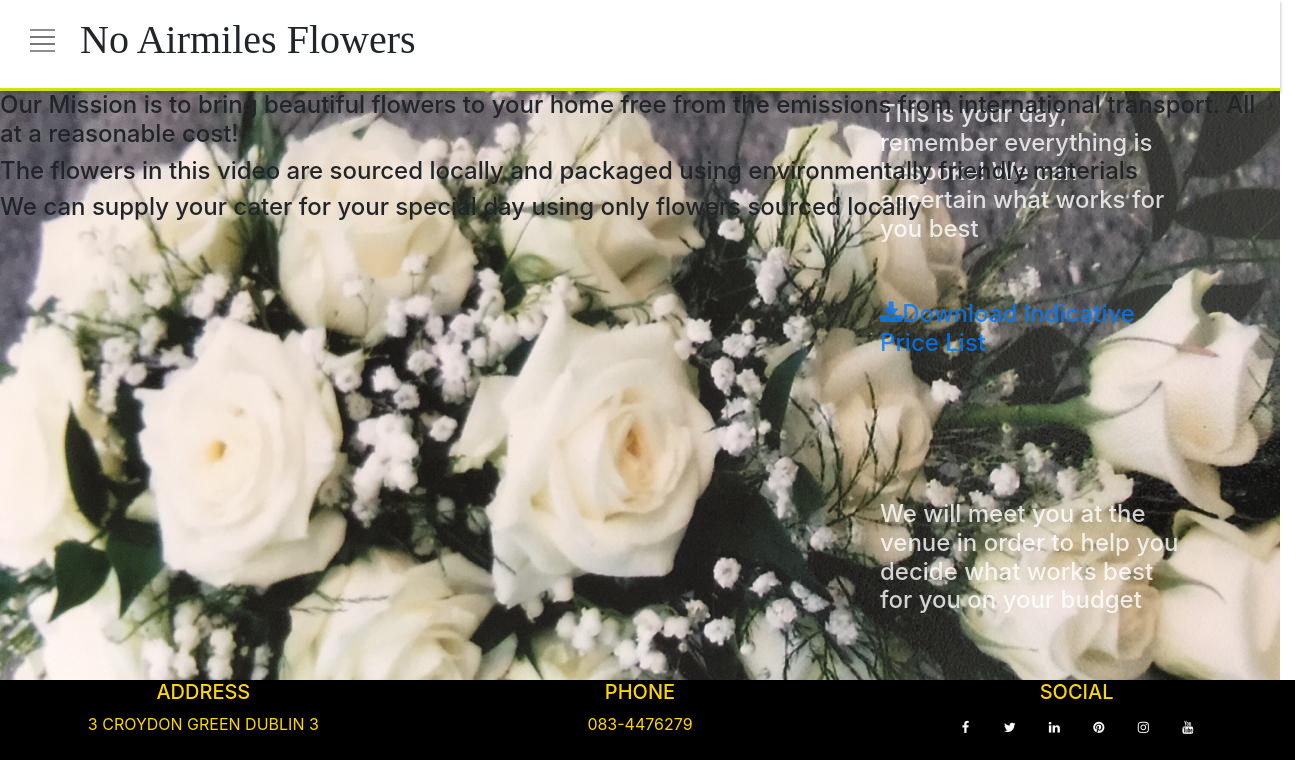
Repository: ConorTC1990/Flowers
Page: weddings.html
The author's editor kept a record of every edit. The page is drawn from the files as they stood at one moment, then again after the next edit.
The browser window is 1280 px wide. The page is 1295 px wide, so the pictures cover 1295 px, including what lies to the right of the window. The pictures show the whole page.
Some web libraries are served in a nearby version.

Above is the page before.

### weddings.html
<!DOCTYPE html>
<html lang="en">

<head>
    <meta charset="UTF-8">
    <meta name="viewport" content="width=device-width, initial-scale=1.0">
    <meta http-equiv="X-UA-Compatible" content="ie=edge">
    <link rel="stylesheet" href="https://maxcdn.bootstrapcdn.com/bootstrap/4.2.1/css/bootstrap.min.css" type="text/css" />
    <link rel="stylesheet" href="https://maxcdn.bootstrapcdn.com/font-awesome/4.7.0/css/font-awesome.min.css" type="text/css" />
    <link rel="stylesheet" href="https://cdnjs.cloudflare.com/ajax/libs/hover.css/2.1.1/css/hover-min.css" type="text/css" />
    <link rel="stylesheet" href="assets/css/style.css">
    <title>No Airmiles Flowers</title>
</head>
<body>
<div class="collapsible-menu">
            <input type="checkbox" id="menu">
            <label for="menu">No Airmiles Flowers</label>
            <div class="menu-content">
                <ul>
                    <li><a href="index.html">Home</a></li>
                    <li><a href="weddings.html">Weddings</a></li>
                    <li><a href="wreaths.html">Wreaths and Funerals</a></li>
                    <li><a href="contactform.html">Contact</a></li>

                </ul>
            </div>
        </div>


   <div class="WeddingsBackground">
         <h4 class="callout">
            This is your day, remember everything is bespoke! We can ascertain what works for you best
        </h4>
    <h4 class="callout2">
            We will meet you at the venue in order to help you decide what works best for you on your budget
        </h4>
         <h4 class="callout3">
           <a href="assets/Indicative_Price_List.pdf" target="_blank" class="hvr-sweep-to-bottom"><i class="fa fa-download" aria-hidden="true"></i><span>Download Indicative Price List</span></a>
        </h4>
        </div>

       <div class="videoclass2weddings">

		        <ul>
		            <li> Our Mission is to bring beautiful flowers to your home free from the emissions from international transport. All at a reasonable cost!</li>
		            <li> Locally and packaged using environmentally friendly materials</li>
		            <li>We can cater for your special day using flowers sourced locally</li>
		            <li><a href="contactform.html">Contact</a></li>
		            <li>We can supply flowers grown locally in bunches</li>
		            <li><a href="assets/Indicative_Price_List.pdf" target="_blank" class="hvr-sweep-to-bottom"><i class="fa fa-download" aria-hidden="true"></i><span>Download Indicative Price List</span></a></li>
		        </ul>
		    </div>

<div class="informationsection">
		<h4>
            Our Mission is to bring beautiful flowers to your home free from the emissions from international transport. All at a reasonable cost!
        </h4>
    <h4>
           The flowers in this video are sourced locally and packaged using environmentally friendly materials
        </h4>
         <h4 >
          We can supply your cater for your special day using only flowers sourced locally
        </h4>

	</div>


<footer class="container-fluid wreathfooter">
        <div id="footer-details" class="row">
            <div class="col-sm-4">
                <h5 class="uppercase general-sub">Address</h5>
                <p class="inline-block">
                    3 Croydon Green
                    Dublin 3
                </p>
            </div>
            <div class="col-sm-4">
                <h5 class="uppercase general-sub">Phone</h5>
                <p class="inline-block">
                    083-4476279


                </p>
            </div>
            <div class="col-sm-4">
                <h5 class="uppercase general-sub">Social</h5>
                <ul class="list-inline social-links">
                    <li class="list-inline-item">
                        <a target="_blank" href="#">
                            <i class="fa fa-facebook" aria-hidden="true"></i>
                            <span class="sr-only">Facebook</span>
                        </a>
                    </li>
                    <li class="list-inline-item">
                        <a target="_blank" href="#">
                            <i class="fa fa-twitter" aria-hidden="true"></i>
                            <span class="sr-only">Twitter</span>
                        </a>
                    </li>
                    <li class="list-inline-item">
                        <a target="_blank" href="#">
                            <i class="fa fa-linkedin" aria-hidden="true"></i>
                            <span class="sr-only">LinkedIn</span>
                        </a>
                    </li>
                    <li class="list-inline-item">
                        <a target="_blank" href="#">
                            <i class="fa fa-pinterest" aria-hidden="true"></i>
                            <span class="sr-only">Pinterest</span>
                        </a>
                    </li>
                    <li class="list-inline-item">
                        <a target="_blank" href="#">
                            <i class="fa fa-instagram" aria-hidden="true"></i>
                            <span class="sr-only">Instagram</span>
                        </a>
                    </li>
                    <li class="list-inline-item">
                        <a target="_blank" href="#">
                            <i class="fa fa-youtube" aria-hidden="true"></i>
                            <span class="sr-only">YouTube</span>
                        </a>
                    </li>
                </ul>
            </div>
        </div>


    </footer>

</body>

</html>

### assets/css/style.css
@import url('https://fonts.googleapis.com/css?family=Roboto:100,200,300,400,500,600,700|Exo:100,200,300,400,500,600,700');
.mission {
	text-transform: uppercase;
	color: green;
}


/* up for deletion*/

@media (min-width: 1200px) .container {
	max-width: 100%;
}

@media (min-width: 992px) .container {
	max-width: 100%;
}

@media (min-width: 768px) .container {
	max-width: 100%;
}

@media (min-width: 576px) .container {
	max-width: 100%;
}


/* up for deletion*/


}

/* up for deletion*/
*,
*:before,
*:after {
	-webkit-box-sizing: border-box;
	-moz-box-sizing: border-box;
	box-sizing: border-box;
}
* {
	margin: 0;
	padding: 0;
}
* {
	margin: 0;
	padding: 0;
}
*,
 ::after,
 ::before {
	box-sizing: border-box;
}

}
.title {
	text-align: center;
	color: white;
}
h3 {
	text-transform: uppercase;
	text-align: center;
	color: green;
	background-color: #FF00FF;
	resize: both;
}

/* Buttons*/
.button {
	background-color: #7CFC00;
	text-align: center;
	color: white;
	width: 25%;
	transition-duration: .9s;
	transition-timing-function: ease-in-out;
	z-index: 1;
}
.button:hover {
	background-color: white;
	color: #7CFC00;
}
a:hover {
	background-color: white;
	color: #7CFC00;
}
.sr-only {
	color: white
}
.list-inline-item {
	color: white
}
.infoclass {
	background-color: transparent;
}
#myVideo {
	position: center;
	width: 100%;
	min-height: 100%;
	padding-bottom: 0px;
	padding-right: 0px;
	padding-left: 0px;
}
.col-sm-4 {
	text-align: center;
	border-color: #FF00FF;
}

/* Callout box - fixed position at the bottom of the page */
.callout {
	position:fixed;
	top: 100px;
	right: 100px;
	margin-left: 20px;
	max-width: 300px;
	color: white;
	opacity: 0.8;
}
.callout2 {
	position:fixed;
	top: 500px;
	right: 100px;
	margin-left: 20px;
	max-width: 300px;
	color: white;
	opacity: 0.8;
}
.callout3 {
	position:fixed;
	top: 300px;
	right: 100px;
	margin-left: 250px;
	max-width: 300px;
	color: white;
	opacity: 0.8;
}

/* up for deletion*/
.callout-header {
	padding: 25px 15px;
	background: #555;
	font-size: 30px;
	color: white;
	opacity: 0.8;
}
.col-sm-4 {
	border-color: #FF00FF;
	padding-left: 0px;
	padding-right: 0px;
}
.container-fluid {
	alignment-baseline: text-after-edge;
	border:none;
}
.sticky {
	position: static;
	top: 0;
}
body {
	background-color: white;
	padding-left: 0px;
	padding-right: 0px;
}
.list-inline-item {
	text-align: right;
	border-color: black;
}
.address {
	text-align: right;
}
head {
	z-index: 1;
	border-collapse: collapse;
	border-color: white;
}

/* -------------- Navbar --------------- */

/* to keep Navbar in place*/


/* Page content */
.content {
	padding: 16px;
}

/* The sticky class is added to the navbar with JS when it reaches its scroll position */
.sticky {
	position: fixed;
	top: 35px;
	width: 100%;
}
.stickytitle {
	position: fixed;
	top: 0px;
	width: 100%;
	height: 35px;
	z-index: 1;
}

/* Add some top padding to the page content to prevent sudden quick movement (as the navigation bar gets a new position at the top of the page (position:fixed and top:0) */
.sticky+.content {
	padding-top: 60px;
}
.general-sub {
	background-color: black;
	border-color: black;
	padding-left: 0px;
	padding-right: 0px;
	padding-top: 0px;
}
.list-inline-item {
	color: white
}
title sticky {
	top: 25px
}
.buttonsticky {
	padding-right: 25px
}
.footerpin {
	position: bottom 35px
}
container-fluid sticky {
	padding-bottom: 1000px;
}

/* Footer Styles */
.social-links li a i {
	width: 32px;
	height: 32px;
	padding: 12px 0;
	border-radius: 50%;
	font-size: 13px;
	line-height: 7px;
	text-align: center;
	color: #fafafa;
	background: black;
	transition: all 0.35s ease-in-out;
	-moz-transition: all 0.35s ease-in-out;
	-webkit-transition: all 0.35s ease-in-out;
	-o-transition: all 0.35s ease-in-out;
}
.social-links li a i:hover {
	background: #7CFC00;
}
footer {
	text-align: center;
	background-color: black;
	color: white;
	text-shadow: none;
	text-transform: uppercase;
	position: fixed;
	position: absolute;
	height: 25px;
	max-height: 10%;
}
.container-fluidf {
	bottom: 10px;
}

/* Wreaths */
.WreathsBackground {
	background-image: url("../images/Wreaths.JPG");
	background-repeat: no-repeat;
	background-size: cover;
	position: absolute;
	resize: both;
	min-width: 100%;
	min-height: 100%;
	max-width: 100%;
	max-height: 100%;
	padding-top: 35px;
	padding-bottom: 60px;
	padding-right: 0px;
	padding-left: 0px;
	z-index: 0;
}
.wreathfooter {
	text-align: center;
	background-color: #FF00FF;
	color: white;
	text-shadow: none;
	text-transform: uppercase;
	position: fixed;
	height: 60px;
	max-height: 10%;
	bottom: 0px;
}

/* Contact */
.ContactBackground {
	background-image: url("../images/flowers.jpg");
	position: absolute;
	resize: both;
	background-repeat: no-repeat;
	background-size: cover;
	min-width: 100%;
	min-height: 100%;
	padding-top: 35px;
	padding-bottom: 35px;
	padding-right: 0px;
	padding-left: 0px;
	z-index: 0;
}

/* ----------- Contact  form------------------*/
.form-style-1 {
	margin:10px auto;
	max-width: 400px;
	padding: 20px 12px 10px 20px;
	font: 13px "Lucida Sans Unicode",
	"Lucida Grande",
	sans-serif;
}
.form-style-1 li {
	padding: 0;
	display: block;
	list-style: none;
	margin: 10px 0 0 0;
}
.form-style-1 label {
	margin:0 0 3px 0;
	padding:0px;
	display:block;
	font-weight: bold;
}
.form-style-1 input[type=text],
.form-style-1 input[type=date],
.form-style-1 input[type=datetime],
.form-style-1 input[type=number],
.form-style-1 input[type=search],
.form-style-1 input[type=time],
.form-style-1 input[type=url],
.form-style-1 input[type=email],
textarea,
select {
	box-sizing: border-box;
	-webkit-box-sizing: border-box;
	-moz-box-sizing: border-box;
	border:1px solid #BEBEBE;
	padding: 7px;
	margin:0px;
	-webkit-transition: all 0.30s ease-in-out;
	-moz-transition: all 0.30s ease-in-out;
	-ms-transition: all 0.30s ease-in-out;
	-o-transition: all 0.30s ease-in-out;
	outline: none;
}
.form-style-1 input[type=text]:focus,
.form-style-1 input[type=date]:focus,
.form-style-1 input[type=datetime]:focus,
.form-style-1 input[type=number]:focus,
.form-style-1 input[type=search]:focus,
.form-style-1 input[type=time]:focus,
.form-style-1 input[type=url]:focus,
.form-style-1 input[type=email]:focus,
.form-style-1 textarea:focus,
.form-style-1 select:focus {
	-moz-box-shadow: 0 0 8px #88D5E9;
	-webkit-box-shadow: 0 0 8px #88D5E9;
	box-shadow: 0 0 8px #88D5E9;
	border: 1px solid #88D5E9;
}
.form-style-1 .field-divided {
	width: 49%;
}
.form-style-1 .field-long {
	width: 100%;
}
.form-style-1 .field-select {
	width: 100%;
}
.form-style-1 .field-textarea {
	height: 100px;
}
.form-style-1 input[type=submit],
.form-style-1 input[type=button] {
	background: #4B99AD;
	padding: 8px 15px 8px 15px;
	border: none;
	color: #fff;
}
.form-style-1 input[type=submit]:hover,
.form-style-1 input[type=button]:hover {
	background: #4691A4;
	box-shadow:none;
	-moz-box-shadow:none;
	-webkit-box-shadow:none;
}
.form-style-1 .required {
	color:red;
}

/* ----------- Contact  form------------------*/

/* ----------- Weddings Background------------------*/
.WeddingsBackground {
	background-image: url("../images/Weddings.PNG");
	position: fixed;
	resize: both;
	padding-top: 35px;
	padding-bottom: 35px;
	padding-right: 0px;
	padding-left: 0px;
	z-index: -1;
	max-width : 100%;
	max-height: 50%;
	min-width: 100%;
	min-height: 100%;
}

/* ----------- Weddings Background------------------*/

/* ----------- Menu Bar------------------*/
.menu-content {
	font-family: 'Oswald',
	sans-serif;
	padding: 0 0 0 50px;
}
.collapsible-menu {
	background-color: rgb(255,
	255,
	255);
	padding: 0px 30px;
	border-bottom: 3px solid #CDE700;
	box-shadow: 1px 2px 3px rgba(0,
	0,
	0,
	0.2);
	opacity: 1;
}
.collapsible-menu ul {
	list-style-type: none;
	padding: 0;
}
.collapsible-menu a {
	display:block;
	padding: 10px;
	text-decoration: none;
}
.collapsible-menu label {
	font-family: 'Sedgwick Ave Display',
	cursive;
	font-size: 40px;
	display: block;
	cursor: pointer;
	background: url(../images/menu.png) no-repeat left center;
	padding: 10px 0 10px 50px;
}
input#menu {
	display: none;
}
input:checked+label {
	background-image: url(../images/close.png);
}
.menu-content {
	max-height: 0;
	overflow: hidden;
	font-family: 'Oswald',
	sans-serif;
	padding: 0 0 0 50px;
}

/* Toggle Effect */
input:checked~label {
	background-image: url(../images/close.png);
}
input:checked~.menu-content {
	max-height: 100%;
}

/* ----------- Menu Bar------------------*/

/* ----------- Consider for Deletion------------------*/

/* test */
* {
	margin: 0;
	padding: 0;
}

/* Icon 0 */
#nav-icon0 {
	width: 30px;
	height: 35px;
	position: relative;
	margin: 50px auto;
	-webkit-transform: rotate(0deg);
	-moz-transform: rotate(0deg);
	-o-transform: rotate(0deg);
	transform: rotate(0deg);
	-webkit-transition: .5s ease-in-out;
	-moz-transition: .5s ease-in-out;
	-o-transition: .5s ease-in-out;
	transition: .5s ease-in-out;
	cursor: pointer;
}

/* Icon 2 */
#nav-icon0 {}
#nav-icon0 span {
	display: block;
	position: absolute;
	height: 2px;
	width: 50%;
	background: #000;
	opacity: 1;
	-webkit-transform: rotate(0deg);
	-moz-transform: rotate(0deg);
	-o-transform: rotate(0deg);
	transform: rotate(0deg);
	-webkit-transition: .25s ease-in-out;
	-moz-transition: .25s ease-in-out;
	-o-transition: .25s ease-in-out;
	transition: .25s ease-in-out;
}
#nav-icon0 span:nth-child(even) {
	left: 50%;
	border-radius: 0 9px 9px 0;
}
#nav-icon0 span:nth-child(odd) {
	left:0px;
	border-radius: 9px 0 0 9px;
}
#nav-icon0 span:nth-child(1),
#nav-icon0 span:nth-child(2) {
	top: 0px;
}
#nav-icon0 span:nth-child(3),
#nav-icon0 span:nth-child(4) {
	top: 10px;
}
#nav-icon0 span:nth-child(5),
#nav-icon0 span:nth-child(6) {
	top: 20px;
}
#nav-icon0.open span:nth-child(1),
#nav-icon0.open span:nth-child(6) {
	-webkit-transform: rotate(45deg);
	-moz-transform: rotate(45deg);
	-o-transform: rotate(45deg);
	transform: rotate(45deg);
}
#nav-icon0.open span:nth-child(2),
#nav-icon0.open span:nth-child(5) {
	-webkit-transform: rotate(-45deg);
	-moz-transform: rotate(-45deg);
	-o-transform: rotate(-45deg);
	transform: rotate(-45deg);
}
#nav-icon0.open span:nth-child(1) {
	left: 0px;
	top: 9px;
}
#nav-icon0.open span:nth-child(2) {
	left: calc(50% - 5px);
	top: 9px;
}
#nav-icon0.open span:nth-child(3) {
	left: -50%;
	opacity: 0;
}
#nav-icon0.open span:nth-child(4) {
	left: 100%;
	opacity: 0;
}
#nav-icon0.open span:nth-child(5) {
	left: 0px;
	top: 19px;
}
#nav-icon0.open span:nth-child(6) {
	left: calc(50% - 5px);
	top: 19px;
}

/* ----------- Consider for Deletion------------------*/
* {
	margin: 0;
	padding: 0;
}

/* Icon 1 */
#nav-icon1,
#nav-icon2,
#nav-icon3,
#nav-icon4 {
	width: 60px;
	height: 45px;
	position: relative;
	margin: 50px auto;
	-webkit-transform: rotate(0deg);
	-moz-transform: rotate(0deg);
	-o-transform: rotate(0deg);
	transform: rotate(0deg);
	-webkit-transition: .5s ease-in-out;
	-moz-transition: .5s ease-in-out;
	-o-transition: .5s ease-in-out;
	transition: .5s ease-in-out;
	cursor: pointer;
}
#nav-icon1 span,
#nav-icon3 span,
#nav-icon4 span {
	display: block;
	position: absolute;
	height: 9px;
	width: 100%;
	background: #d3531a;
	border-radius: 9px;
	opacity: 1;
	left: 0;
	-webkit-transform: rotate(0deg);
	-moz-transform: rotate(0deg);
	-o-transform: rotate(0deg);
	transform: rotate(0deg);
	-webkit-transition: .25s ease-in-out;
	-moz-transition: .25s ease-in-out;
	-o-transition: .25s ease-in-out;
	transition: .25s ease-in-out;
}
#nav-icon1 span:nth-child(1) {
	top: 0px;
}
#nav-icon1 span:nth-child(2) {
	top: 18px;
}
#nav-icon1 span:nth-child(3) {
	top: 36px;
}
#nav-icon1.open span:nth-child(1) {
	top: 18px;
	-webkit-transform: rotate(135deg);
	-moz-transform: rotate(135deg);
	-o-transform: rotate(135deg);
	transform: rotate(135deg);
}
#nav-icon1.open span:nth-child(2) {
	opacity: 0;
	left: -60px;
}
#nav-icon1.open span:nth-child(3) {
	top: 18px;
	-webkit-transform: rotate(-135deg);
	-moz-transform: rotate(-135deg);
	-o-transform: rotate(-135deg);
	transform: rotate(-135deg);
}

/* Icon 2 */
#nav-icon2 {}
#nav-icon2 span {
	display: block;
	position: absolute;
	height: 9px;
	width: 50%;
	background: #d3531a;
	opacity: 1;
	-webkit-transform: rotate(0deg);
	-moz-transform: rotate(0deg);
	-o-transform: rotate(0deg);
	transform: rotate(0deg);
	-webkit-transition: .25s ease-in-out;
	-moz-transition: .25s ease-in-out;
	-o-transition: .25s ease-in-out;
	transition: .25s ease-in-out;
}
#nav-icon2 span:nth-child(even) {
	left: 50%;
	border-radius: 0 9px 9px 0;
}
#nav-icon2 span:nth-child(odd) {
	left:0px;
	border-radius: 9px 0 0 9px;
}
#nav-icon2 span:nth-child(1),
#nav-icon2 span:nth-child(2) {
	top: 0px;
}
#nav-icon2 span:nth-child(3),
#nav-icon2 span:nth-child(4) {
	top: 18px;
}
#nav-icon2 span:nth-child(5),
#nav-icon2 span:nth-child(6) {
	top: 36px;
}
#nav-icon2.open span:nth-child(1),
#nav-icon2.open span:nth-child(6) {
	-webkit-transform: rotate(45deg);
	-moz-transform: rotate(45deg);
	-o-transform: rotate(45deg);
	transform: rotate(45deg);
}
#nav-icon2.open span:nth-child(2),
#nav-icon2.open span:nth-child(5) {
	-webkit-transform: rotate(-45deg);
	-moz-transform: rotate(-45deg);
	-o-transform: rotate(-45deg);
	transform: rotate(-45deg);
}
#nav-icon2.open span:nth-child(1) {
	left: 5px;
	top: 7px;
}
#nav-icon2.open span:nth-child(2) {
	left: calc(50% - 5px);
	top: 7px;
}
#nav-icon2.open span:nth-child(3) {
	left: -50%;
	opacity: 0;
}
#nav-icon2.open span:nth-child(4) {
	left: 100%;
	opacity: 0;
}
#nav-icon2.open span:nth-child(5) {
	left: 5px;
	top: 29px;
}
#nav-icon2.open span:nth-child(6) {
	left: calc(50% - 5px);
	top: 29px;
}

/* Icon 3 */
#nav-icon3 span:nth-child(1) {
	top: 0px;
}
#nav-icon3 span:nth-child(2),
#nav-icon3 span:nth-child(3) {
	top: 18px;
}
#nav-icon3 span:nth-child(4) {
	top: 36px;
}
#nav-icon3.open span:nth-child(1) {
	top: 18px;
	width: 0%;
	left: 50%;
}
#nav-icon3.open span:nth-child(2) {
	-webkit-transform: rotate(45deg);
	-moz-transform: rotate(45deg);
	-o-transform: rotate(45deg);
	transform: rotate(45deg);
}
#nav-icon3.open span:nth-child(3) {
	-webkit-transform: rotate(-45deg);
	-moz-transform: rotate(-45deg);
	-o-transform: rotate(-45deg);
	transform: rotate(-45deg);
}
#nav-icon3.open span:nth-child(4) {
	top: 18px;
	width: 0%;
	left: 50%;
}

/* Icon 4 */
#nav-icon4 {}
#nav-icon4 span:nth-child(1) {
	top: 0px;
	-webkit-transform-origin: left center;
	-moz-transform-origin: left center;
	-o-transform-origin: left center;
	transform-origin: left center;
}
#nav-icon4 span:nth-child(2) {
	top: 18px;
	-webkit-transform-origin: left center;
	-moz-transform-origin: left center;
	-o-transform-origin: left center;
	transform-origin: left center;
}
#nav-icon4 span:nth-child(3) {
	top: 36px;
	-webkit-transform-origin: left center;
	-moz-transform-origin: left center;
	-o-transform-origin: left center;
	transform-origin: left center;
}
#nav-icon4.open span:nth-child(1) {
	-webkit-transform: rotate(45deg);
	-moz-transform: rotate(45deg);
	-o-transform: rotate(45deg);
	transform: rotate(45deg);
	top: -3px;
	left: 8px;
}
#nav-icon4.open span:nth-child(2) {
	width: 0%;
	opacity: 0;
}
#nav-icon4.open span:nth-child(3) {
	-webkit-transform: rotate(-45deg);
	-moz-transform: rotate(-45deg);
	-o-transform: rotate(-45deg);
	transform: rotate(-45deg);
	top: 39px;
	left: 8px;
}

/* ----------- Consider for Deletion------------------*/
.container {
	padding-right: 0px;
	padding-left: 0px;
	margin-right: auto;
	margin-left: auto;
}
.videoclass {
	min-height: 100%;
	min-width: 100%;
	padding-bottom: 60px;
}
@media (max-width: 40em) {
	.videoclass {
		display: none;
	}
}
@media (max-width: 40em) {
	.WreathsBackground {
		display: none;
	}
}
@media (min-width: 40em) {
	.videoclass2paddingweddings {
		display: none;
	}
}
@media (min-width: 40em) {
	.videoclass2 {
		display: none;
	}
}
@media (min-width: 40em) {
	.videoclass2wreaths {
		display: none;
	}
}
@media (max-width: 40em) {
	.callout {
		display: none;
	}
}
@media (max-width: 70em) {
	.callout2 {
		display: none;
	}
}
@media (max-width: 40em) {
	.WeddingsBackground {
		display: none;
	}
}
@media (max-width: 40em) {
	.callout3 {
		display: none;
	}
}
.videoclass2 {
	background-image:url("../images/flowers.jpg");
	width: 100%;
	height: 100%;
	min-height: 625px;
	opacity: 1;
	text-size: 30px;
	text-transform: uppercase;
	color: white;
	list-style: circle;
	line-height:!important;
	25px;
	text-align: center;
}
.videoclass2weddings {
	background-image:url("../images/wedding flowers.jpg");
	width: 100%;
	height: 100%;
	background-repeat: no-repeat;
	background-size: cover;
	min-height: 625px;
	opacity: 1;
	text-size: 30px;
	text-transform: uppercase;
	color: black;
	list-style: circle;
	line-height:!important;
	25px;
	text-align: center;
	padding-top: 30px;
	z-index: 2;
}
.videoclass2weddings {
	padding-top: 60px
}
@media (min-width: 40em) {
	.videoclass2 {
		display: none;
	}
}
.videoclass2wreaths {
	background-image:url("../images/Wreaths.1.JPG");
	width: 100%;
	height: 100%;
	min-height: 650px;
	opacity: 1;
	text-size: 30px;
	text-transform: uppercase;
	color: white;
	list-style: circle;
	line-height:!important;
	25px;
	text-align: center;
	padding-top: 35px;
}
.videoclass2weddings {
	padding-top: 0px
}
@media (min-width: 40em) {
	.videoclass2weddings {
		display: none;
	}
}
@media (max-width: 40em) {
	h4 {
		display: none;
	}
}
.container-fluid {
	width: 100%;
	padding-right: 0px;
	padding-left: 0px;
	margin-right: auto;
	margin-left: auto;
}
.wreathfooter {
    background: fixed;
    text-align: center;
    background-color: black;
    color: gold;
    text-shadow: none;
    text-transform: uppercase;
    position: absolute;
    height: 40px;
    max-height: 10%;
    bottom: 0px;

}
.general-sub {
	background-color: black;
	border-color: black;
	padding-left: 0px;
	padding-right: 0px;
	padding-top: 0px;
}
.col-sm-4 {
	text-align: center;
	/* border-color: #FF00FF; */
	background-color: black;
}
.list-inline-item {
	color: black;
}
.list-inline-item {
	text-align: right;
	border-color: black;
}


body{
  display:flex;
  flex-direction:column;
}

footer{
  margin-top:auto;
}

After the next edit:
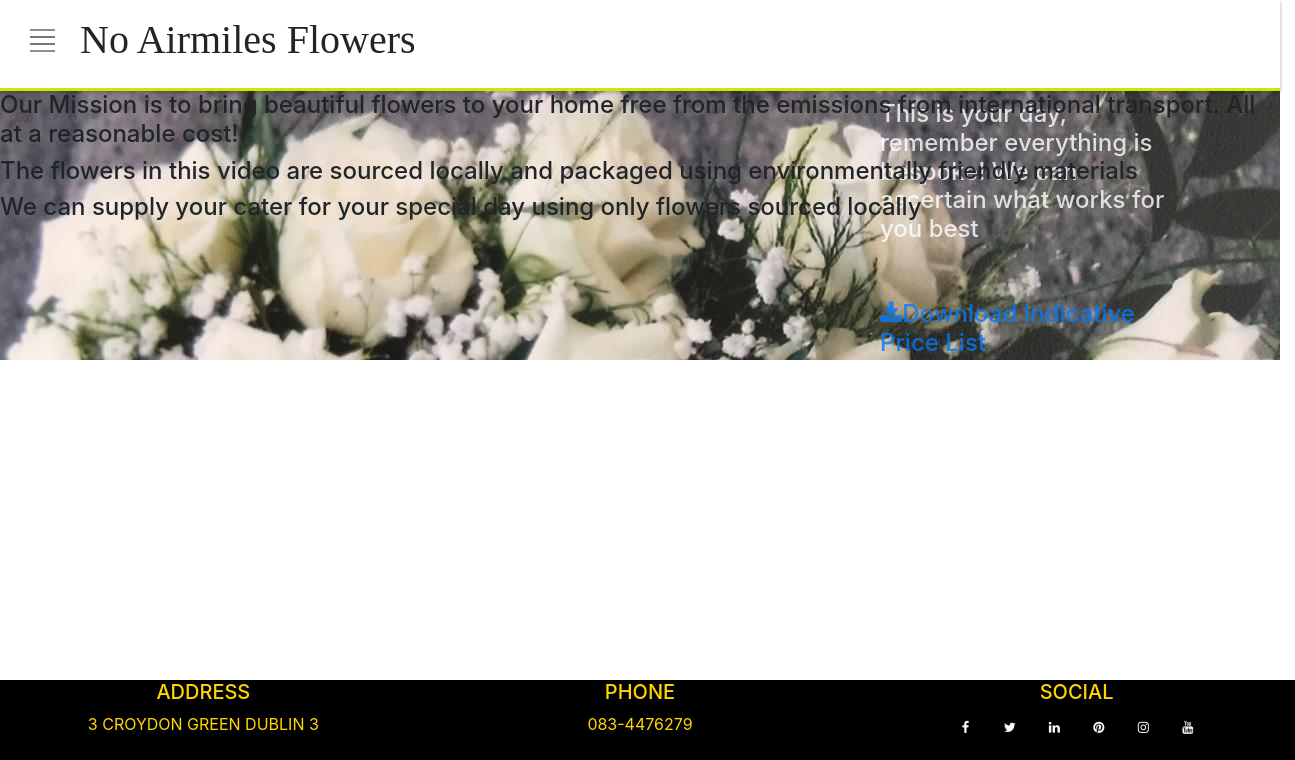
The edit:
--- a/assets/css/style.css
+++ b/assets/css/style.css
@@ -405,7 +405,7 @@
 	max-width : 100%;
 	max-height: 50%;
 	min-width: 100%;
-	min-height: 100%;
+	min-height: 50%;
 }
 
 /* ----------- Weddings Background------------------*/
